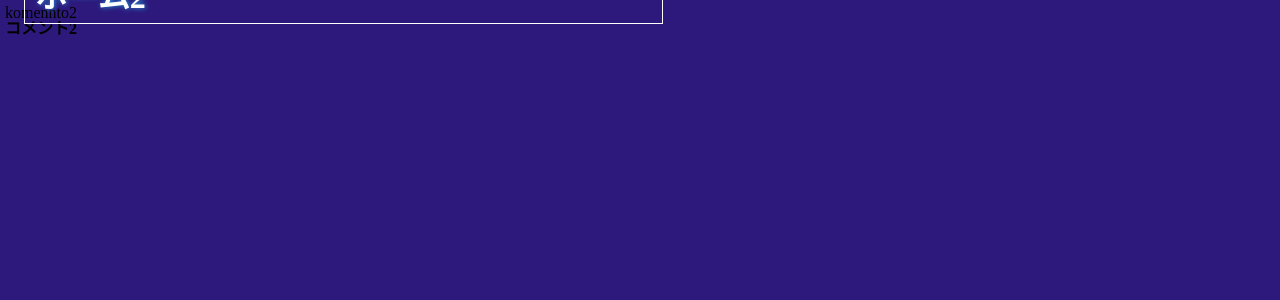
Repository: azuma2/tui2b
Page: http://localhost/come
These files come from the project's save history. The page is drawn as it stood at one moment and after the next save; the edit follows.
The browser window is 1280 px wide. The pictures show the whole page.
The page is served by the project's Laravel application, run on PHP 8.4 with Laravel 8. Queries for data that is not in the repository find no rows.

Above is the page before, as saved 2022-03-29 02:23:54.

After the next save:
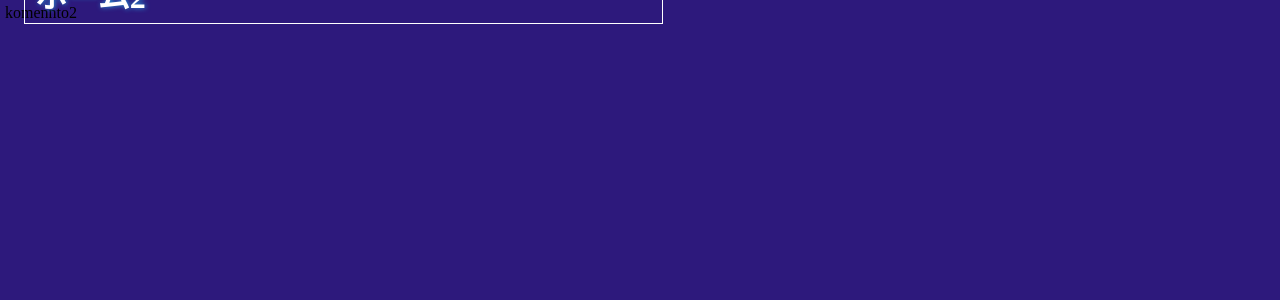
Saved 32 s later.
--- a/resources/views/come.blade.php
+++ b/resources/views/come.blade.php
@@ -180,7 +180,7 @@
   </div>
   </div>
 <div>komennto2 </div>
-                <h3 class="title3">コメント2</h3>
+
 
 </body>
 </html>

After the save that followed:
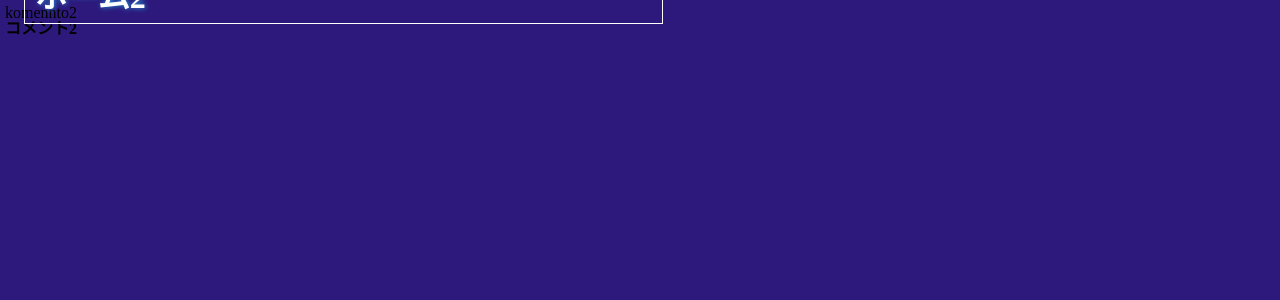
Saved 5 s later.
--- a/resources/views/come.blade.php
+++ b/resources/views/come.blade.php
@@ -180,7 +180,7 @@
   </div>
   </div>
 <div>komennto2 </div>
-
+                <h3 class="title3">コメント2</h3>
 
 </body>
 </html>
